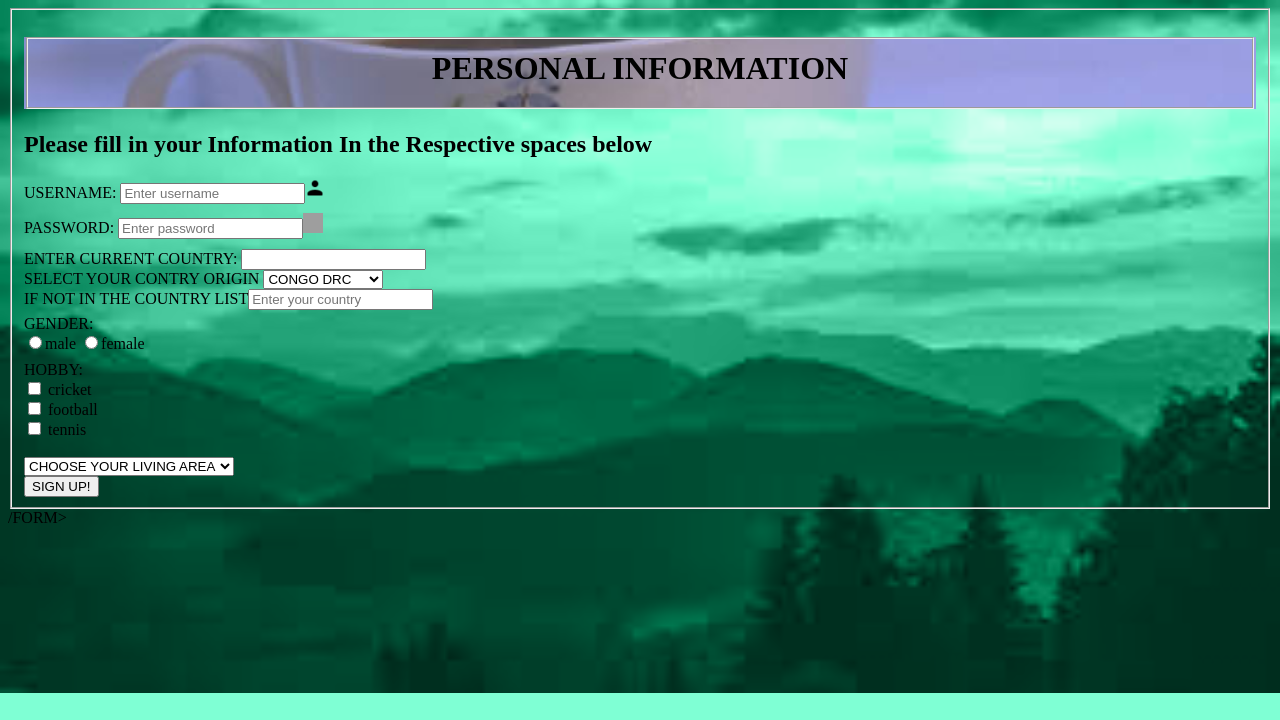
Repository: mirambialex/myform
Page: website/INDEX.HTML
An editor plug-in stored every save of this project. The page is shown before and after the next save, followed by the edit.
The browser window is 1280 px wide. The pictures show the whole page.
Pictures or frames that could not be fetched are drawn as grey boxes.

Above is the page before, as saved 2024-04-17 11:08:04.

After the next save:
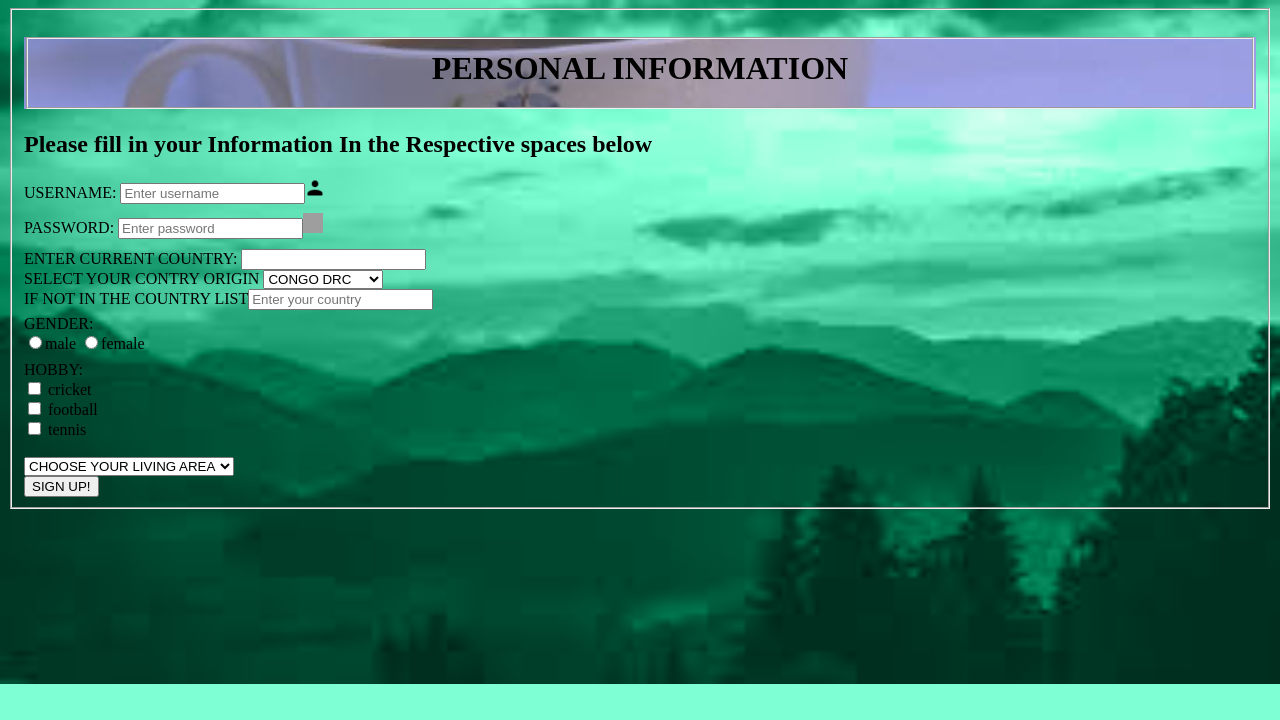
Saved 4 s later.
--- a/website/INDEX.HTML
+++ b/website/INDEX.HTML
@@ -69,6 +69,6 @@
 </div>
 </div>
 </DIV>
-/FORM>
+</FORM>
  </body>
 </html>

After the 3 saves that followed:
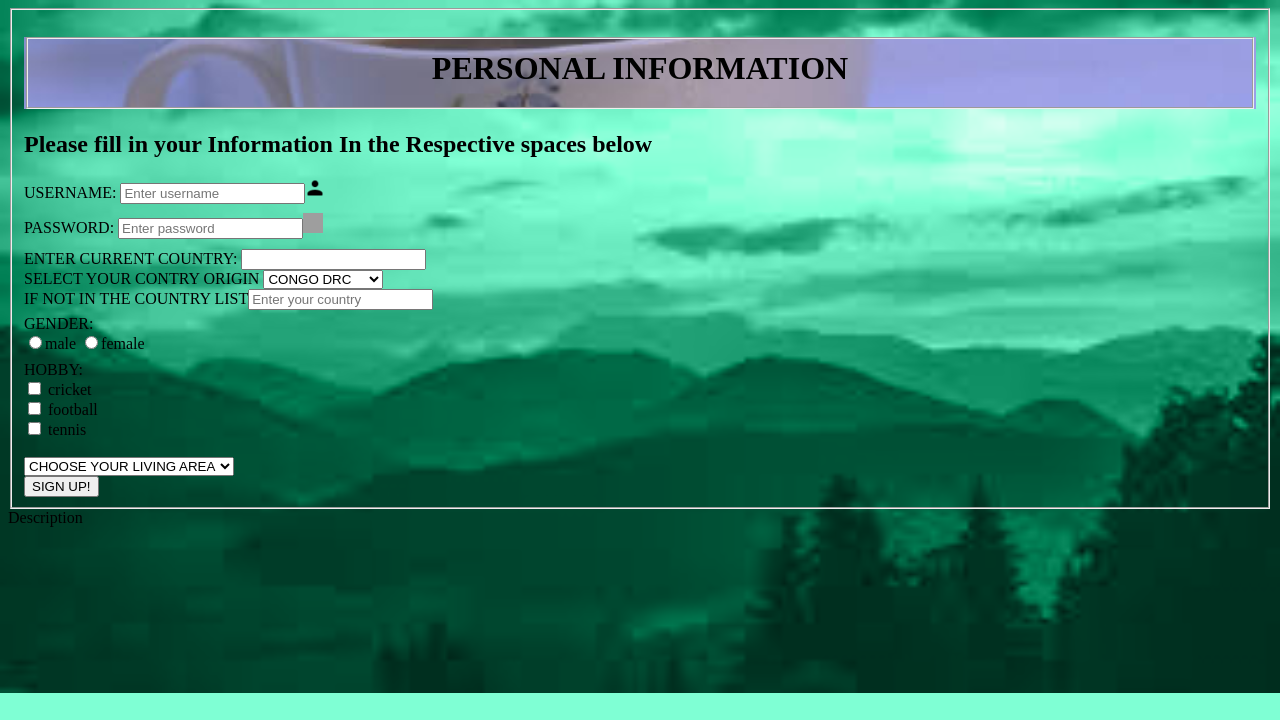
The 3 saves are shown as one change because 2 left the picture as it was.
The last was saved 21 s later.
--- a/website/INDEX.HTML
+++ b/website/INDEX.HTML
@@ -70,5 +70,8 @@
 </div>
 </DIV>
 </FORM>
+<FORM>
+    Description
+</FORM>
  </body>
 </html>
